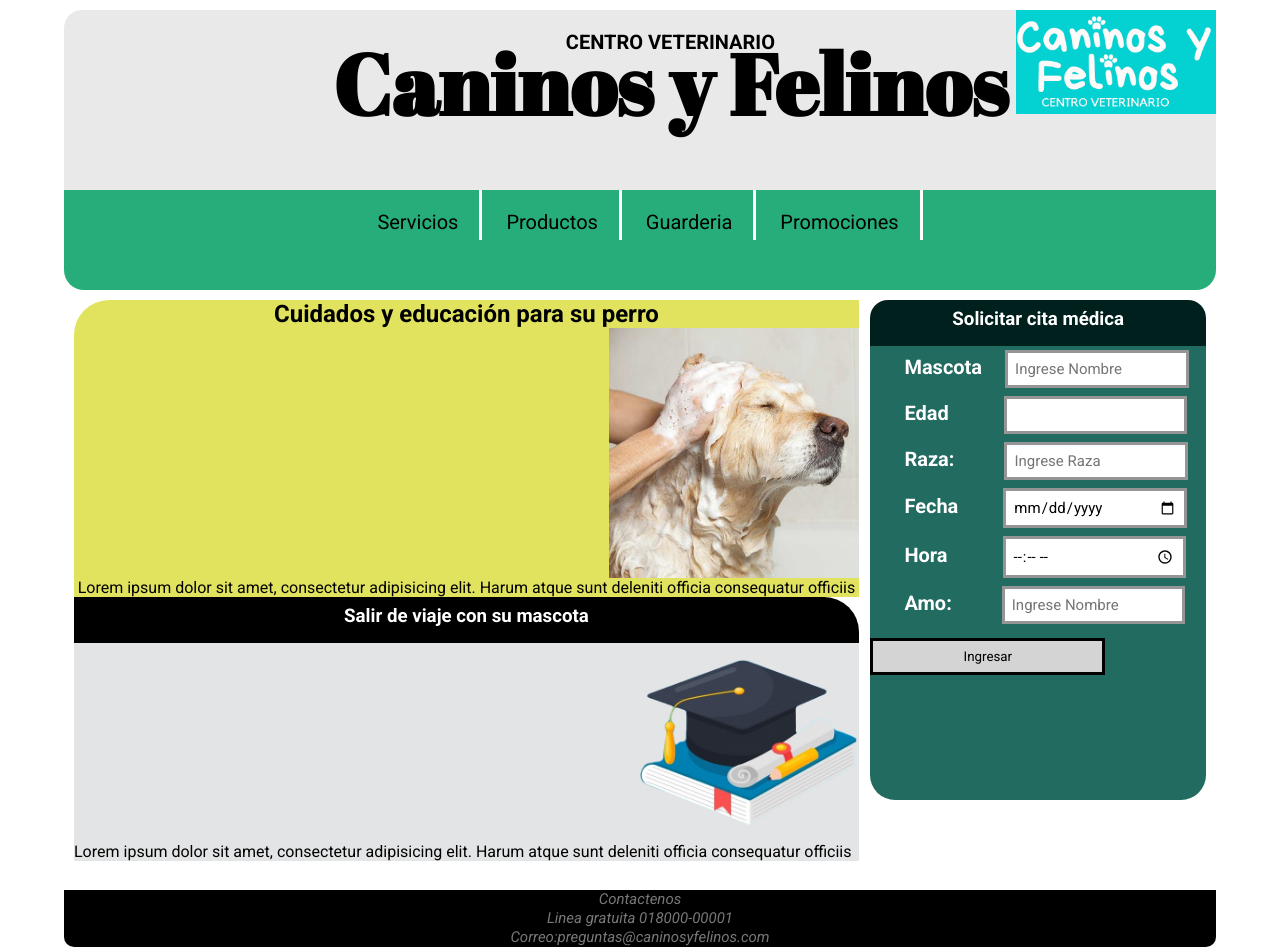
Repository: NickArregoces/Veterinaria
Page: Index.html
These files come from the project's save history. The page is drawn as it stood at one moment and after the next save; the edit follows.
The browser window is 1280 px wide. The pictures show the whole page.

Above is the page before, as saved 2021-10-05 16:55:46.

After the next save:
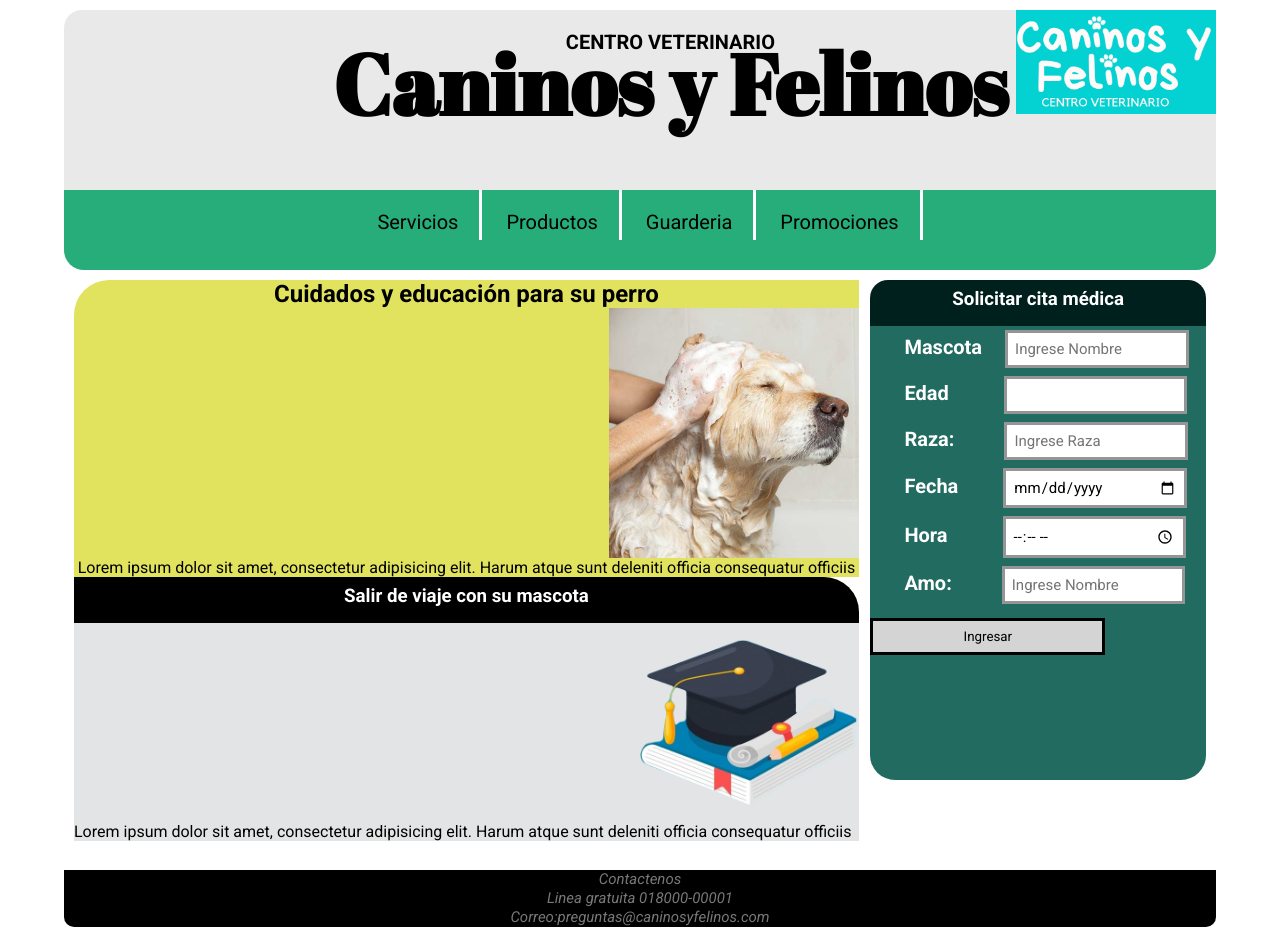
Saved 7 s later.
--- a/CSS/Style.css
+++ b/CSS/Style.css
@@ -47,7 +47,7 @@ div.navegador{
         border-bottom-left-radius: 20px 20px;
         border-bottom-right-radius: 20px 20px;
         background: rgb(38, 173, 122);
-        height: 100px;
+        height: 80px;
         list-style: none;
         padding: 0;
         max-width: 10000px;
